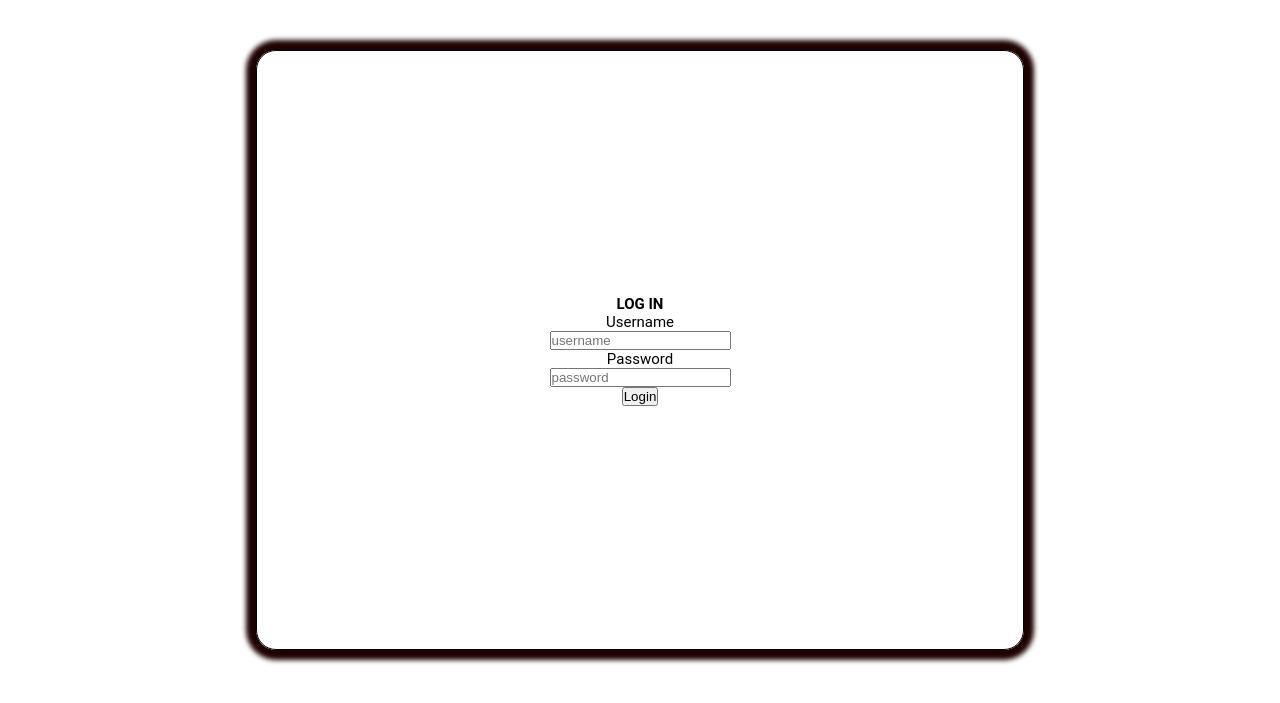
Repository: huyna1707/learning-git
Page: index.html
These files come from the project's save history. The page is drawn as it stood at one moment and after the next save; the edit follows.
The browser window is 1280 px wide. The pictures show the whole page.

Above is the page before, as saved 2024-08-09 23:15:28.

After the next save:
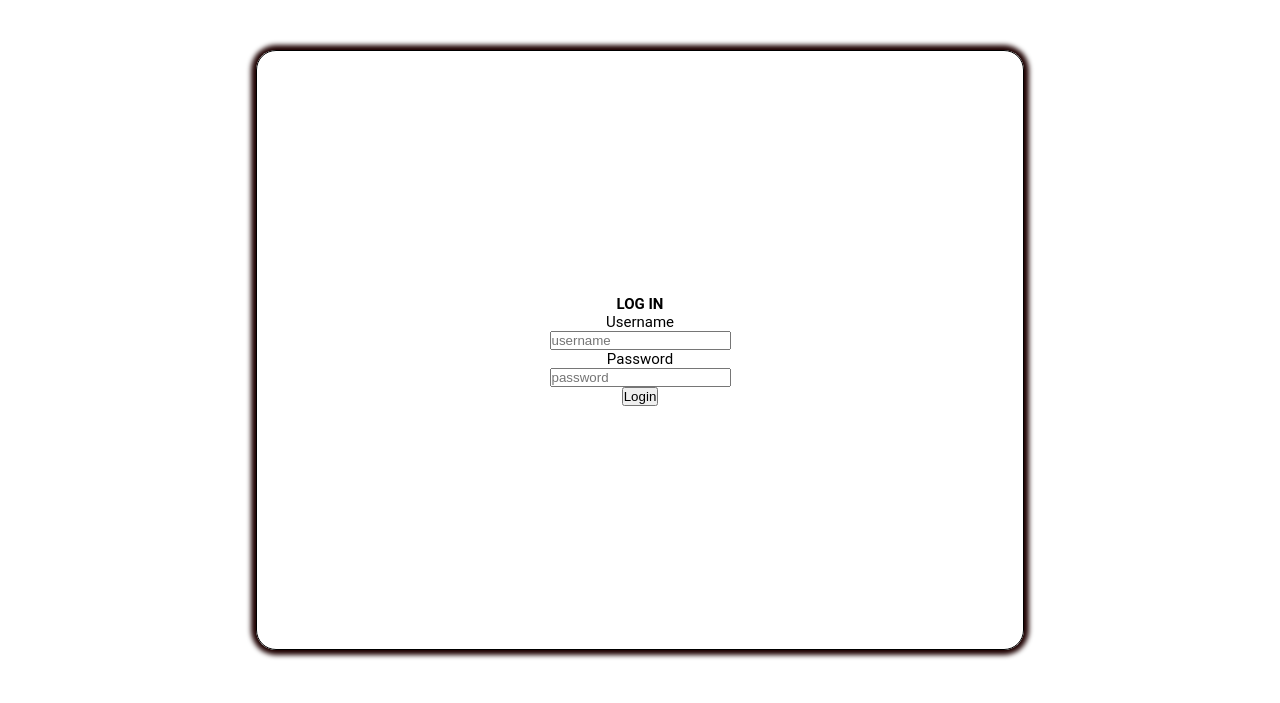
Saved 6 s later.
--- a/style.css
+++ b/style.css
@@ -22,5 +22,5 @@ form{
     margin-top: 50px;
     border: 1px solid black;
     border-radius: 20px;
-    box-shadow: rgb(30, 0, 0) 0 0 5px 10px;
+    box-shadow: rgb(30, 0, 0) 0 0 5px 5px;
 }
